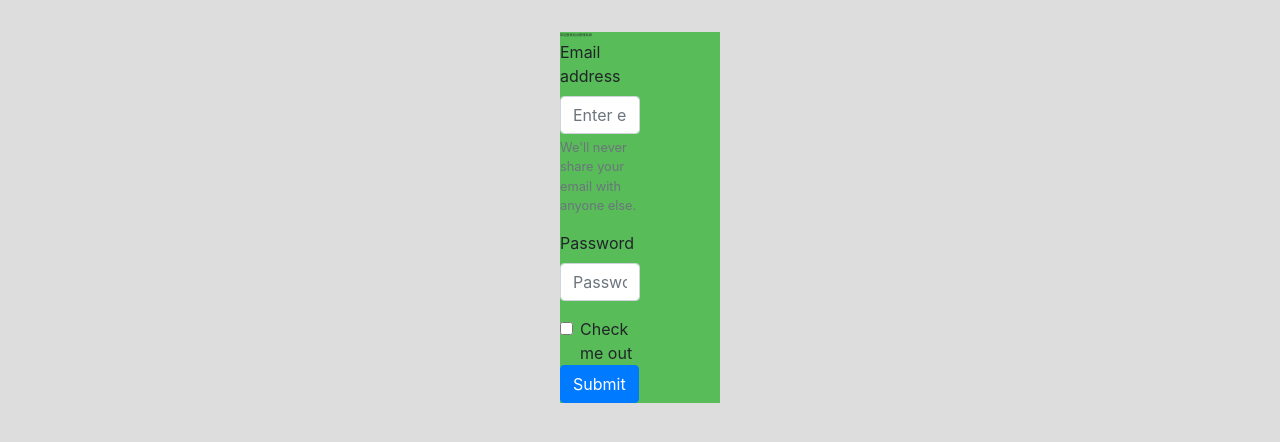
Repository: gzh51904/baiyangApp
Page: / (app in houtai/Vue-admin/)
The author's editor kept a copy of each file at every save. The page is drawn from the files as they stood at one save, then again after the next save.
The browser window is 1280 px wide. The pictures show the whole page.
The project was rebuilt for these pictures with package versions that can differ from the ones it lists, and the page was loaded fresh each time. Also part of the build but not shown: houtai/Vue-admin/vue.config.js.

Above is the page before, as saved 2019-05-11 09:46:37.

After the next save:
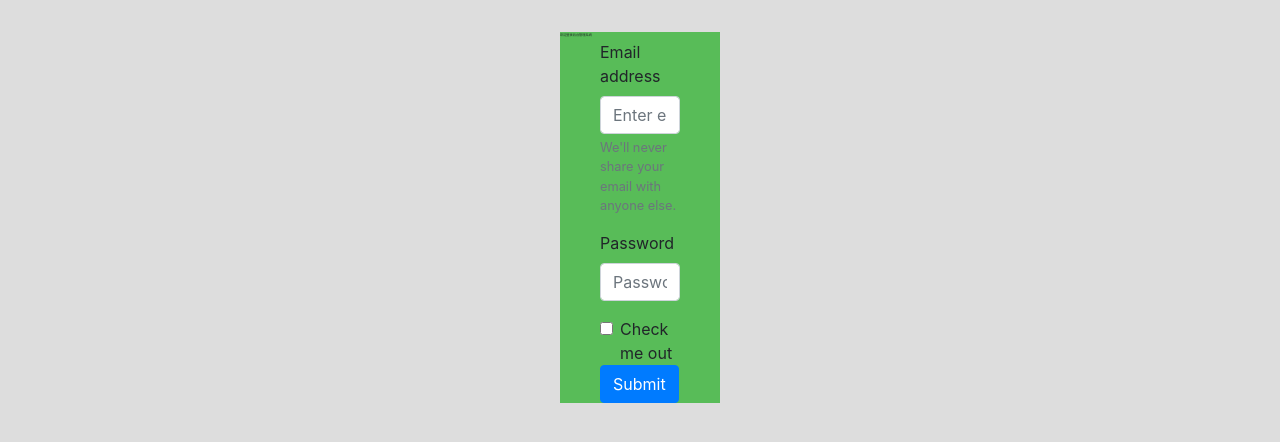
Saved 72 s later.
--- a/houtai/Vue-admin/src/pages/login.vue
+++ b/houtai/Vue-admin/src/pages/login.vue
@@ -38,6 +38,7 @@ export default {
     }
     .login-form{
         width:5rem;
+        margin:0px auto;
     }
 }
 </style>
